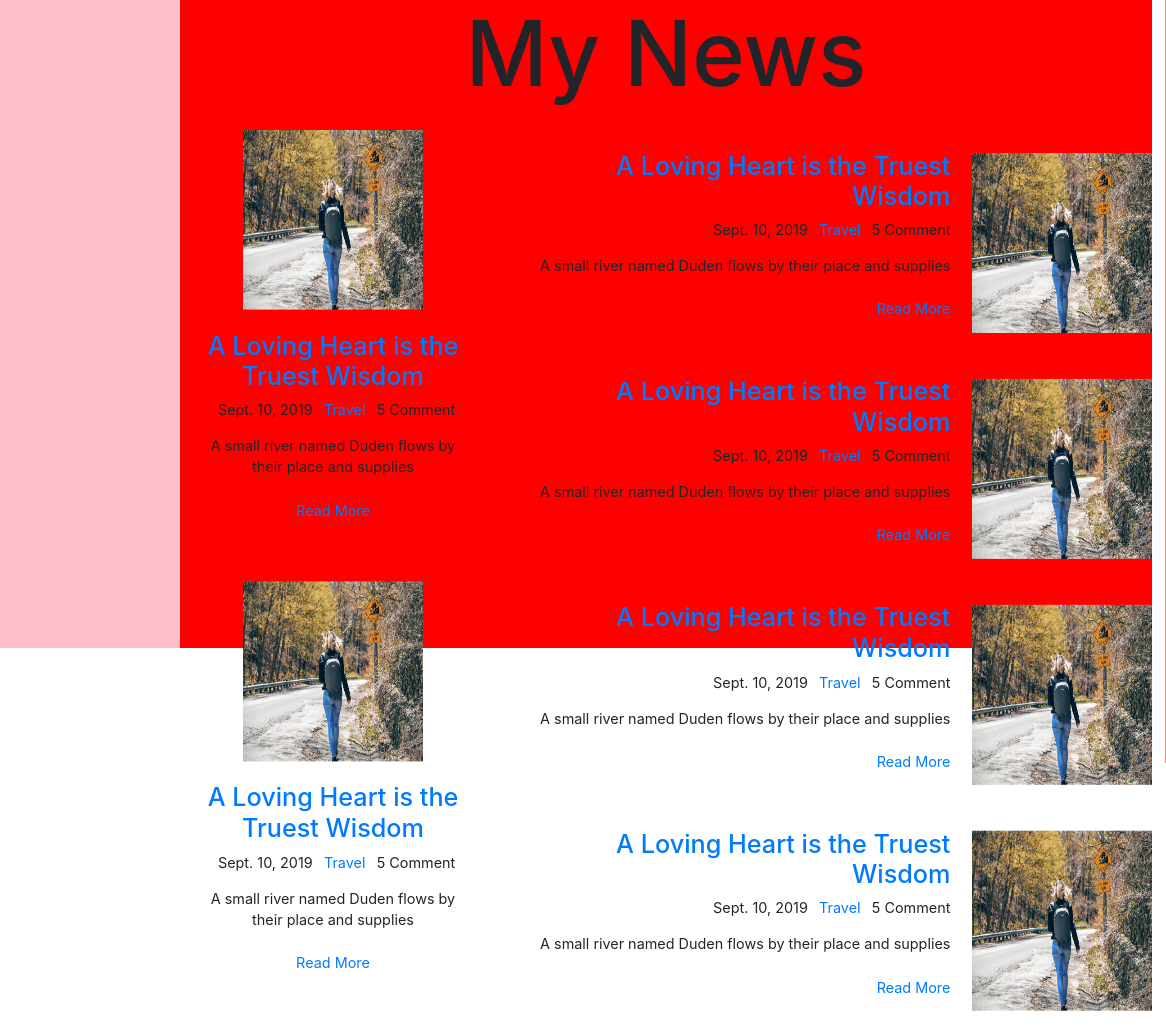
Repository: tts2610/GoogleNews
Page: index.html
The author's editor kept a copy of each file at every save. The page is drawn from the files as they stood at one save, then again after the next save.
The browser window is 1280 px wide. The page is 1295 px wide, so the pictures cover 1295 px, including what lies to the right of the window. The pictures show the whole page, at 90% of full size.

Above is the page before, as saved 2020-05-20 14:20:02.

After the next save:
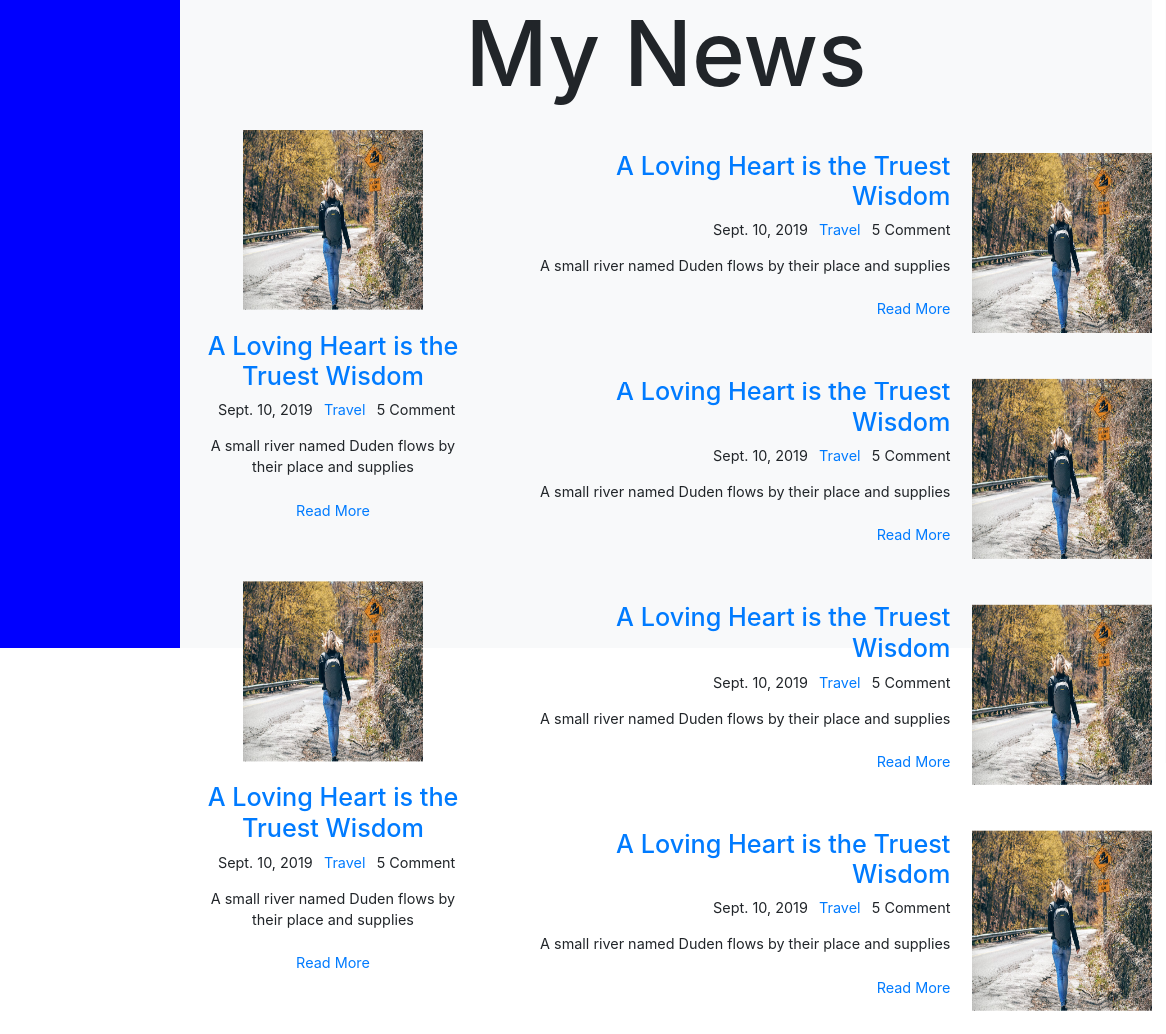
Saved 43 s later.
--- a/css/style.css
+++ b/css/style.css
@@ -8,22 +8,19 @@ body {
 }
 
 .sidenav {
-    position: absolute;
-    top: 0;
-    left: 0;
-    bottom: 0;
+    min-height: 100vh;
     width: 200px;
-    background-color: pink;
+    float: left;
+    position: relative;
+    background-color: blue;
 }
 
 .content {
-    position: absolute;
-    top: 0;
-    left: 200px;
-    right: 0;
-    bottom: 0;
-    /* overflow: auto; */
-    background-color: red;
+    height: 100vh;
+    width: calc(100% - 200px);
+    float: right;
+    position: relative;
+    background-color: #f8f9fa;
     /* overflow-y: scroll; */
 }
 
